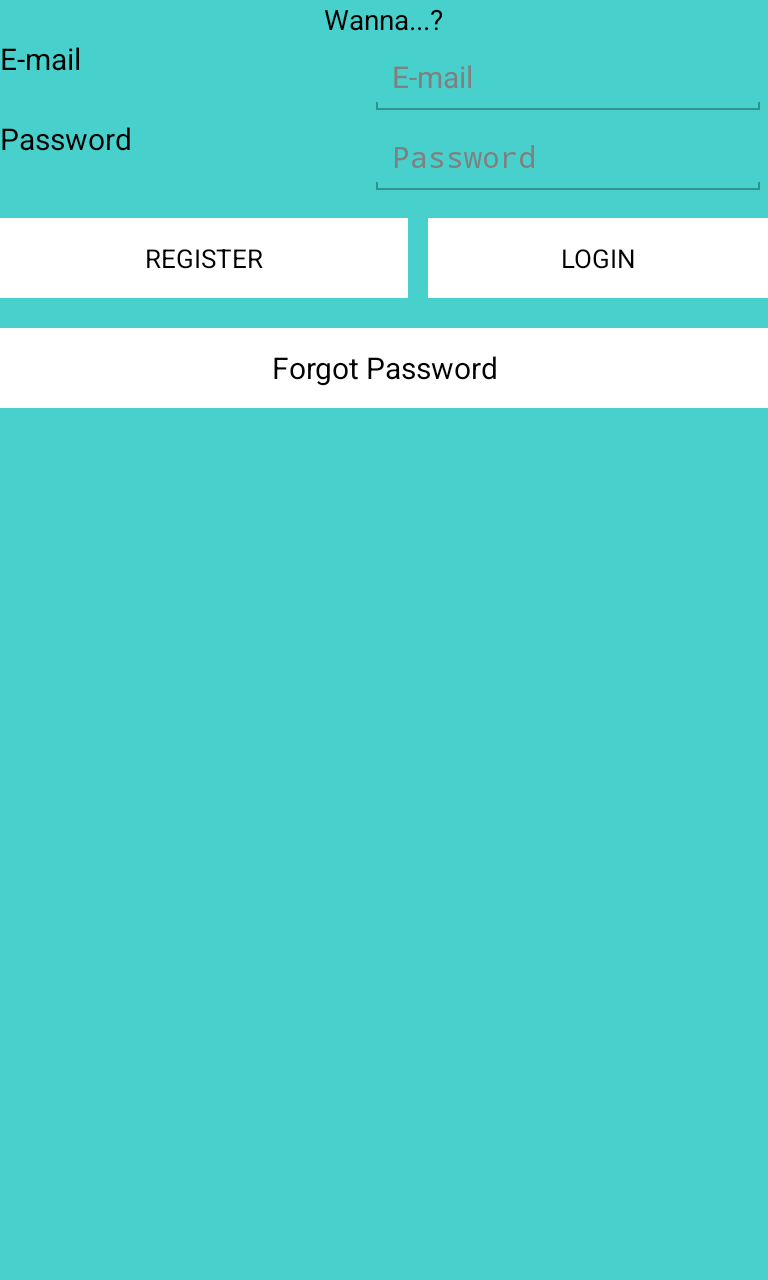
Repository: COMP231-S63G1/COMP231-S63G1
Layout: Wanna/res/layout/activity_login.xml
The author's editor kept a copy of each file at every save. The layout is drawn from the files as they stood at one save, then again after the next save.
It is drawn on a 768 x 1280 px phone screen (xhdpi) without system bars, with theme AppTheme; the app's code is not run.

Above is the layout before, as saved 2014-10-24 14:49:44.

### Wanna/res/layout/activity_login.xml
<?xml version="1.0" encoding="utf-8"?>
<RelativeLayout xmlns:android="http://schemas.android.com/apk/res/android"
              android:orientation="vertical"
              android:layout_width="fill_parent"
              android:layout_height="fill_parent"
              android:background="#48D1CC">
    <TextView
            android:layout_width="wrap_content"
            android:layout_height="wrap_content"
            android:text="@string/welcome"
            android:id="@+id/textView" android:layout_gravity="center"
            android:layout_alignParentTop="true"
            android:layout_centerHorizontal="true"
            android:textColor="#000000"/>
    <EditText
            android:layout_width="200dp"
            android:layout_height="40dp"
            android:hint="@string/email"
            android:id="@+id/email"
            android:layout_below="@+id/textView"
            android:layout_alignParentRight="true"
            android:textSize="15dp"
            android:textColor="#000000"/>
    <Button
            android:layout_width="170dp"
            android:layout_height="40dp"
            android:text="@string/login"
            android:id="@+id/login"
            android:textSize="13dp"
            android:textColor="#000000"
            android:layout_alignTop="@+id/registerbtn"
            android:layout_alignParentRight="true"
            android:background="#FFFFFF"
            android:layout_marginLeft="10dp"
            />
    <Button
            android:layout_width="220dp"
            android:layout_height="40dp"
            android:text="@string/register"
            android:id="@+id/registerbtn"
            android:layout_below="@+id/pword"
            android:layout_marginTop="10dp"
            android:textSize="13dp"
            android:textColor="#000000"
            android:layout_toLeftOf="@+id/login"
            android:background="#FFFFFF"
            />
    <TextView
            android:layout_width="fill_parent"
            android:layout_height="56dp"
            android:id="@+id/loginErrorMsg"
            android:textColor="#000000"
            android:layout_below="@+id/passres"
            android:layout_alignParentLeft="true"/>
    <TextView
            android:layout_width="200dp"
            android:layout_height="40dp"
            android:text="@string/email"
            android:id="@+id/textView2"
            android:layout_alignTop="@+id/email"
            android:layout_toLeftOf="@+id/textView"
            android:textSize="15dp"
            android:textColor="#000000"/>
    <EditText
            android:layout_width="200dp"
            android:layout_height="40dp"
            android:inputType="textPassword"
            android:ems="10"
            android:id="@+id/pword"
            android:hint="@string/password"
            android:layout_below="@+id/email"
            android:layout_alignLeft="@+id/email"
            android:textSize="15sp"
            android:textColor="#000000"/>
    <TextView
            android:layout_width="200dp"
            android:layout_height="40dp"
            android:text="@string/password"
            android:id="@+id/pworda"
            android:layout_alignBottom="@+id/pword"
            android:layout_alignRight="@+id/textView2"
            android:textSize="15sp"
            android:textColor="#000000"/>
    <Button
            android:layout_width="wrap_content"
            android:layout_height="40dp"
            android:text="@string/forgetPassword"
            android:id="@+id/passres"
            android:layout_below="@+id/login"
            android:layout_alignParentRight="true"
            android:layout_alignParentLeft="true"
            android:textSize="15sp"
            android:textColor="#000000"
            android:background="#FFFFFF"
            android:layout_marginTop="15dp"
            />
</RelativeLayout>

### Wanna/res/values/strings.xml
<?xml version="1.0" encoding="utf-8"?>
<resources>

    <string name="app_name">Wanna...?</string>
    <string name="hello_world">Hello world!</string>
    <string name="action_settings">Settings</string>
    <string name="welcome">Wanna...?</string>
    <string name="email">E-mail</string>
    <string name="enterButton"> ENTER </string>
    <string name="title_activity_register_login">RegisterLogin</string>
    <string name="title_activity_home_page">Home</string>
    <string name="login">LOGIN</string>
    <string name="register">REGISTER</string>
    <string name="username">Username</string>
    <string name="name">Name</string>
    <string name="password">Password</string>
    <string name="forgetPassword">Forgot Password</string>
    <string name="retypePassword">Retype Password</string>
    <string name="changePass">Change your Password</string>
    <string name="newPass">New Password</string>
    <string name="registerTo">Register to Wanna...?</string>
    <string name="loginButton">LOGIN</string>
    <string name="title_activity_create_event">Create Event</string>
    <string name="eventName">Event Name: </string>
    <string name="eventDescription">Description: </string>
    <string name="eventDate">Date: </string>
    <string name="eventTime">Time: </string>
    <string name="eventVenue">Venue: </string>
    <string name="eventLocation">Address: </string>
    <string name="eventPrice">Price range: </string>
    <string name="eventPurchase">Buy tickets now!</string>
    <string name="gender">Gender</string>
    <string name="genderMale">Male</string>
    <string name="genderFemale">Female</string>
    <string name="age">Age</string>
    <string name="description">Description</string>
    <string name="done">Done</string>
    <string name="cancel">Cancel</string>
    <string name="activity_profile_form">Profile Form</string>
    <string name="uploadImage">Upload Image</string>
    <string name="hintEventTime">Ex. 12am</string>
    <string name="hintEventDate">Ex. 1/1/2014</string>
    <string name="hintPrice">Ex. $35-$45</string>
    <string name="buttonCreateEvent">Create!</string>
    <string name="btnSearch">Search</string>
    <string name="searchEvent">Search Event</string>

    <string-array name="createEventArray">
        <item>Select Event Type</item>
        <item>Sports</item>
        <item>Entertainment</item>
    </string-array>

    <string name="title_activity_search_event">Wanna?</string>

</resources>

Loaded but not shown: Wanna/res/values/styles.xml (common file); Wanna/res/values-v11/styles.xml (common file); Wanna/res/values-v14/styles.xml (common file)

After the next save:
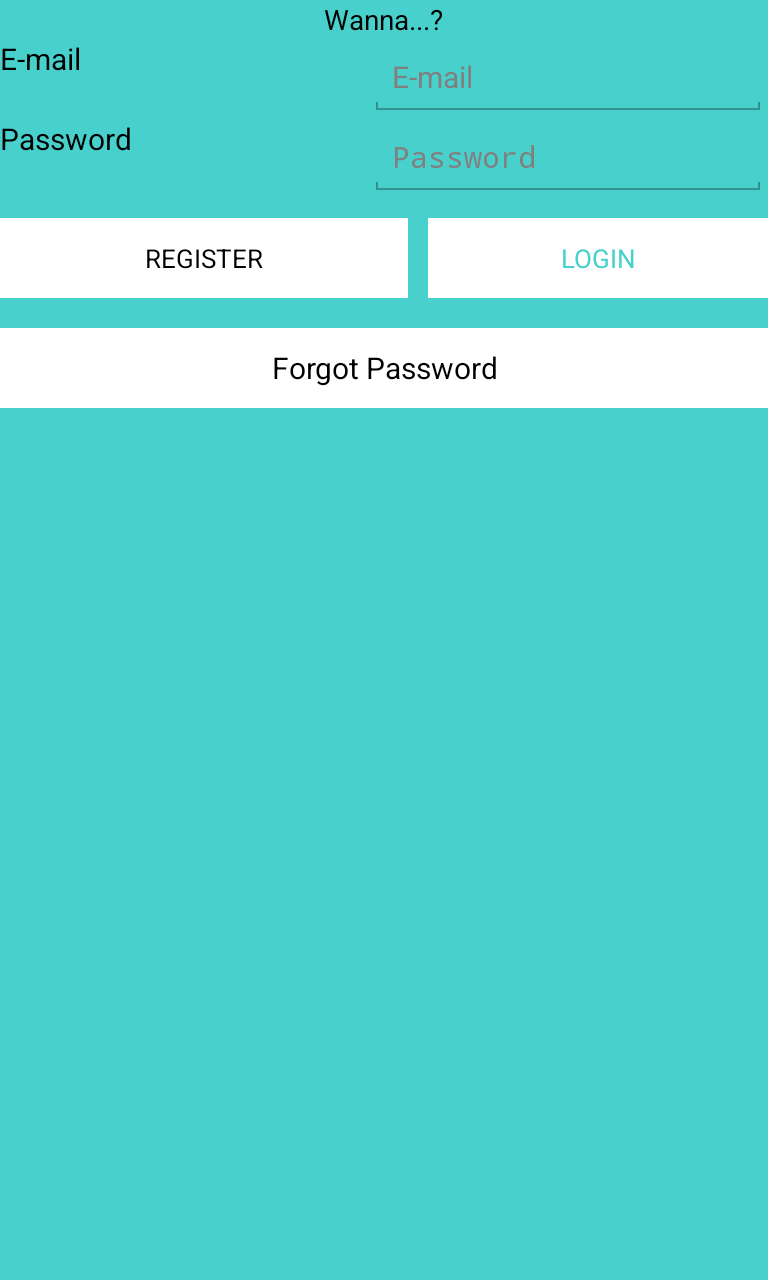
Saved 21 s later.
--- a/Wanna/res/layout/activity_login.xml
+++ b/Wanna/res/layout/activity_login.xml
@@ -27,7 +27,7 @@
             android:text="@string/login"
             android:id="@+id/login"
             android:textSize="13dp"
-            android:textColor="#000000"
+            android:textColor="#48D1CC"
             android:layout_alignTop="@+id/registerbtn"
             android:layout_alignParentRight="true"
             android:background="#FFFFFF"
